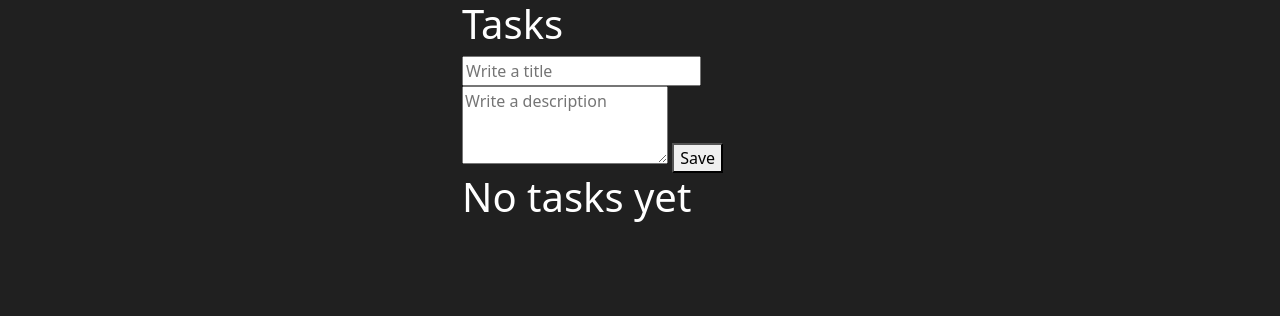
Repository: ChemsJam/django_postgres_todo
Page: http://localhost/tasks/
An editor plug-in stored every save of this project. The page is shown before and after the next save, followed by the edit.
The browser window is 1280 px wide. The pictures show the whole page.
The page is served by the project's application, run on Django 5.2 (manage.py). Other server files are loaded and not shown. Queries for data that is not in the repository find no rows.

Above is the page before, as saved 2024-08-19 15:48:10.

### tasks/templates/TasksList.html
{% load static %}

<!DOCTYPE html>
<html lang="en">
<head>
    <meta charset="UTF-8">
    <meta name="viewport" content="width=device-width, initial-scale=1.0">
    <title>DJango Crud</title>
    <link rel="stylesheet" href="https://cdn.jsdelivr.net/npm/bootstrap@5.3.2/dist/css/bootstrap.min.css">
    <link rel="stylesheet" href={% static 'main.css' %}>
</head>
<body>
    <div class="container">
        <div class="row">
            <div class="col-md-4 offset-md-4">
                <h1>
                    Tasks
                </h1>
                <form action={% url 'create_tasks' %} method="POST">
                {% csrf_token %}
                <input type="text" name="tittle" placeholder="Write a title">

                <textarea name="description" rows="3" placeholder="Write a description"></textarea>

                <button>Save</button>

                </form>

                {% for task in tasks %}
                <div>
                    <h4>{{task.tittle}}</h4>
                    <p>{{task.description}}</p>
                    <form action={% url 'delete_task' task.id %} method="POST">
                        {% csrf_token %}
                        <button>Delete</button>
                    </form>
                </div>

                {% empty %}
                <h1>No tasks yet</h1>
                {% endfor %}
            </div>
        </div>
    </div>
</body>
</html>

### tasks/views.py
from django.shortcuts import render, redirect
from .models import Task

# Create your views here.
def list_tasks(request):
    tasks = Task.objects.all()
    return render(request, 'TasksList.html', {'tasks': tasks})

def create_task(request):
    task = Task(tittle=request.POST['tittle'], description=request.POST['description'])
    task.save()
    return redirect('/tasks/')

def delete_task(request, task_id):
    task = Task.objects.get(id=task_id)
    task.delete()
    return redirect('/tasks/')

### django_postgres/urls.py
"""
URL configuration for django_postgres project.

The `urlpatterns` list routes URLs to views. For more information please see:
    https://docs.djangoproject.com/en/5.1/topics/http/urls/
Examples:
Function views
    1. Add an import:  from my_app import views
    2. Add a URL to urlpatterns:  path('', views.home, name='home')
Class-based views
    1. Add an import:  from other_app.views import Home
    2. Add a URL to urlpatterns:  path('', Home.as_view(), name='home')
Including another URLconf
    1. Import the include() function: from django.urls import include, path
    2. Add a URL to urlpatterns:  path('blog/', include('blog.urls'))
"""
from django.contrib import admin
from django.urls import path, include


urlpatterns = [
    path('admin/', admin.site.urls),
    path('tasks/', include('tasks.urls'))
]

### tasks/urls.py
from django.urls import path
from .views import list_tasks, create_task, delete_task

urlpatterns = [
    path('', list_tasks),
    path('new/', create_task, name='create_tasks'),
    path('delete/<int:task_id>/', delete_task, name='delete_task' )
]

### tasks/static/main.css
body {
    background-color: #202020;
    color: white;
}

After the next save:
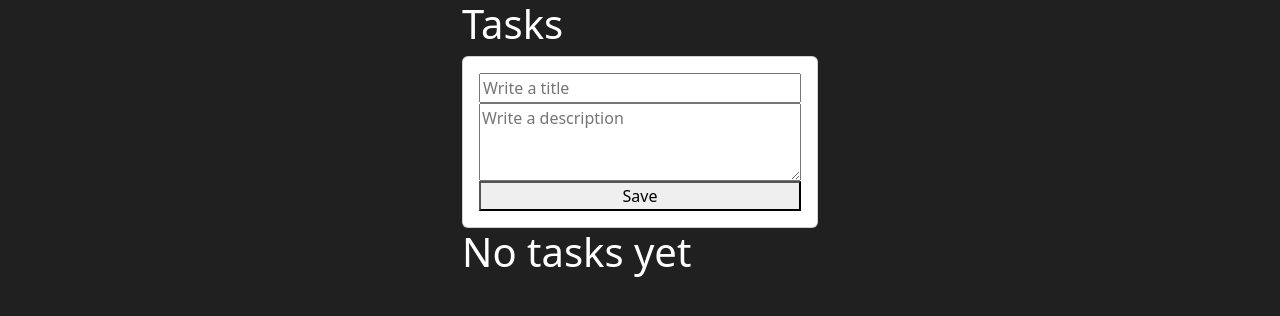
Saved 39 s later.
--- a/tasks/templates/TasksList.html
+++ b/tasks/templates/TasksList.html
@@ -16,7 +16,7 @@
                 <h1>
                     Tasks
                 </h1>
-                <form action={% url 'create_tasks' %} method="POST">
+                <form action={% url 'create_tasks' %} method="POST" class="card card-body">
                 {% csrf_token %}
                 <input type="text" name="tittle" placeholder="Write a title">
 
